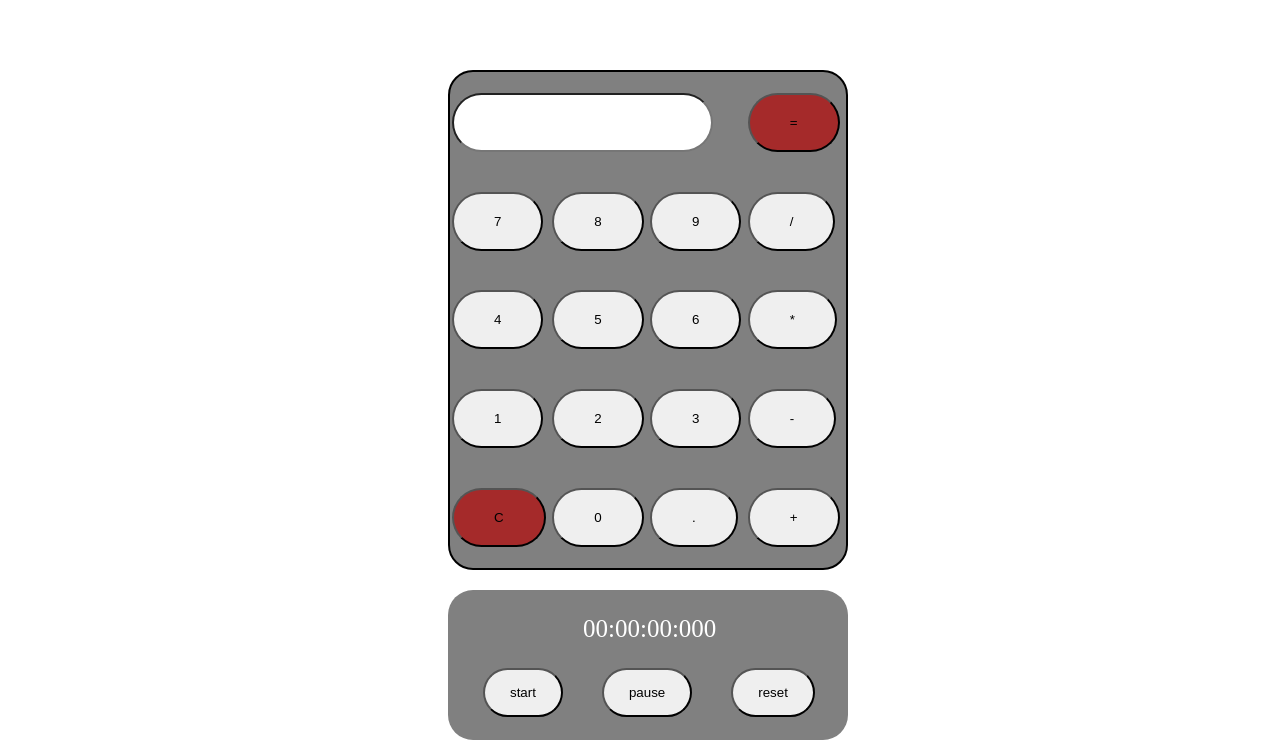
Repository: Seryozha02/CalculatorAndStopwatch
Page: calculator.html
These files come from the project's save history. The page is drawn as it stood at one moment and after a run of saves; the edit follows.
The browser window is 1280 px wide. The pictures show the whole page.

Above is the page before, as saved 2022-10-03 18:47:44.

### calculator.html
<!DOCTYPE html>
<html lang="en">
<head>
  <meta charset="UTF-8">
  <meta http-equiv="X-UA-Compatible" content="IE=edge">
  <meta name="viewport" content="width=device-width, initial-scale=1.0">
  <link rel="stylesheet" href="calculator.css">
  <title>Calcuator</title>
</head>
<body>
  <div>
  <table id="calculator">
    <tr>
      <td colspan="3"><input type="text" id="result"></td>
      <td><input type="button" value="=" onclick="calculate()" id="btn"></td>
    </tr>
    <tr>
      <td><input type="button" value="7" onclick="display(('7'))"></td>
      <td><input type="button" value="8" onclick="display(('8'))"></td>
      <td><input type="button" value="9" onclick="display(('9'))"></td>
      <td><input type="button" value="/" onclick="display(('/'))"></td>
    </tr>
    <tr>
      <td><input type="button" value="4" onclick="display(('4'))"></td>
      <td><input type="button" value="5" onclick="display(('5'))"></td>
      <td><input type="button" value="6" onclick="display(('6'))"></td>
      <td><input type="button" value="*" onclick="display(('*'))"></td>
    </tr>
    <tr>
      <td><input type="button" value="1" onclick="display(('1'))"></td>
      <td><input type="button" value="2" onclick="display(('2'))"></td>
      <td><input type="button" value="3" onclick="display(('3'))"></td>
      <td><input type="button" value="-" onclick="display(('-'))"></td>
    </tr>
    <tr>
      <td><input type="button" value="C" onclick="clearScreen()" id="btn"></td>
      <td><input type="button" value="0" onclick="display(('0'))"></td>
      <td><input type="button" value="." onclick="display(('.'))"></td>
      <td><input type="button" value="+" onclick="display(('+'))"></td>
    </tr>
  </table>
  <form id="stopWatch">
    <div>
    <span id="hour">00</span>:<span id="minute">00</span>:<span id="seconds">00</span>:<span id="milliSeconds">000</span>
  </div>
    <br>
    <button class="start" value="start">start</button>
    <button class="pause" value="pause"> pause</button>
    <button class="reset" value="reset"> reset</button>
  </form>
</div>
</body>
  <script src="calculator.js"></script>
</html>

### calculator.css
* {
    margin: 0;
    padding: 0;
    text-decoration: none;
    box-sizing: border-box;
}

/* body {
    background-image: url(./18936069-3d-numbers-wallpaper.webp);
    background-repeat: no-repeat;
    background-size: cover;
} */

#calculator {
    width: 400px;
    height: 500px;
    border-radius: 25px;
    background-color: gray;
    border: 2px black solid;
    margin-left: 35%;
    margin-top: 70px;
}


table tr td input{
    border-radius: 30px;
    padding: 20px 40px;
    color: black;

}

input[type=button] {
    cursor: pointer;
}

#btn {
    background-color: brown;
}

#stopWatch {
    width: 400px;
    height: 150px;
    border-radius: 25px;
    background-color: gray;
    margin-left: 35%;
    margin-top: 20px;
}

form div {
    color: white;
    font-size: 25px;
    display: inline-block;
    padding: 25px;
    margin-left: 110px;
}

form button {
    cursor: pointer;
    padding: 15px 25px;
    margin-left: 35px;
    border-radius: 25px;
}

### calculator.js
// Calculator's part

function clearScreen() {
    document.getElementById("result").value = ""
}

function display(value) {
    document.getElementById("result").value += value;
}

function calculate() {
    const sum = document.getElementById("result").value;
    const res = eval(sum)
    document.getElementById("result").value = res
}


// Stopwatch's part

After the next 2 saves:
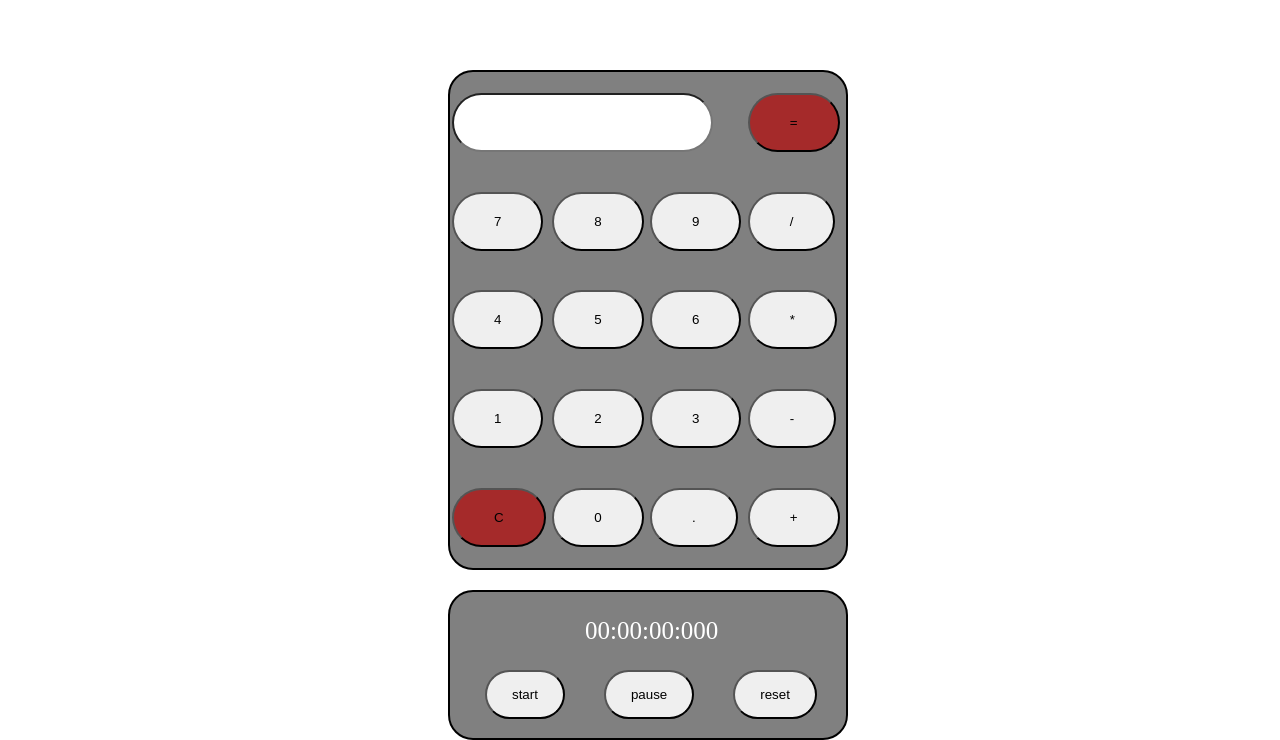
The 2 saves are shown as one change because they came seconds apart.
The last was saved 21 s later.
--- a/calculator.css
+++ b/calculator.css
@@ -38,6 +38,7 @@
 }
 
 #stopWatch {
+    border: 2px black solid;
     width: 400px;
     height: 150px;
     border-radius: 25px;
